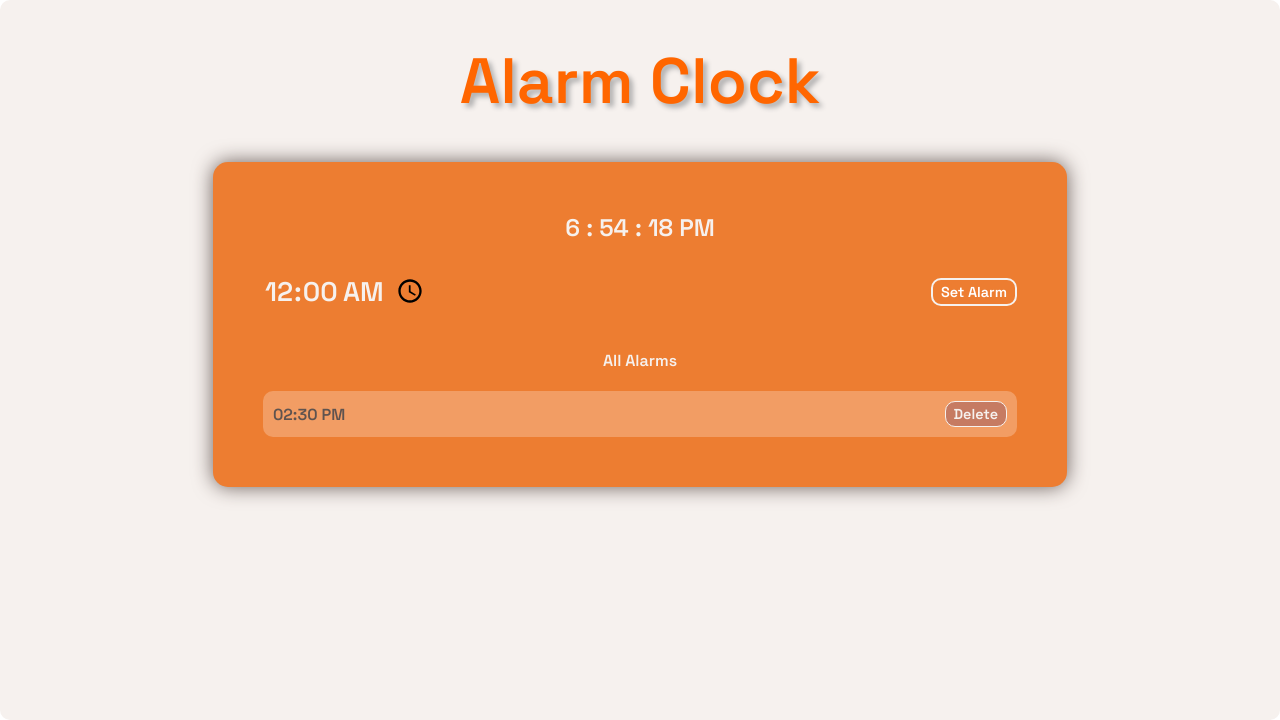
Repository: Pragya016/Alarm-Clock
Page: Index.html
An editor plug-in stored every save of this project. The page is shown before and after a run of saves, followed by the edit.
The browser window is 1280 px wide. The pictures show the whole page.

Above is the page before, as saved 2024-01-19 22:26:03.

After the next 4 saves:
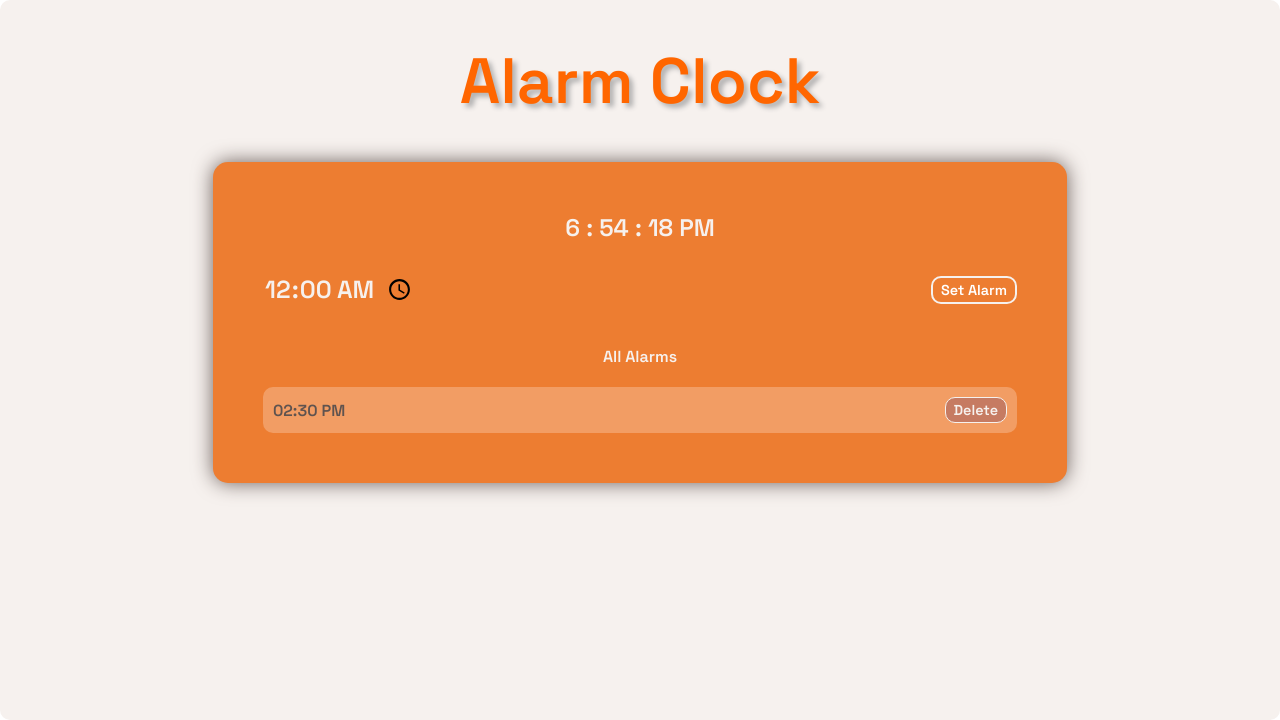
The 4 saves are shown as one change because they came seconds apart.
The last was saved 11 s later.
--- a/styles.css
+++ b/styles.css
@@ -67,7 +67,7 @@ font-family: 'Space Grotesk', sans-serif;
 #set-alarm {
     display: flex;
     justify-content: space-between;
-    font-size: 1.2rem;
+    font-size: 1.1rem;
     width: 100%;
     margin: 30px auto 20px auto;
 }
